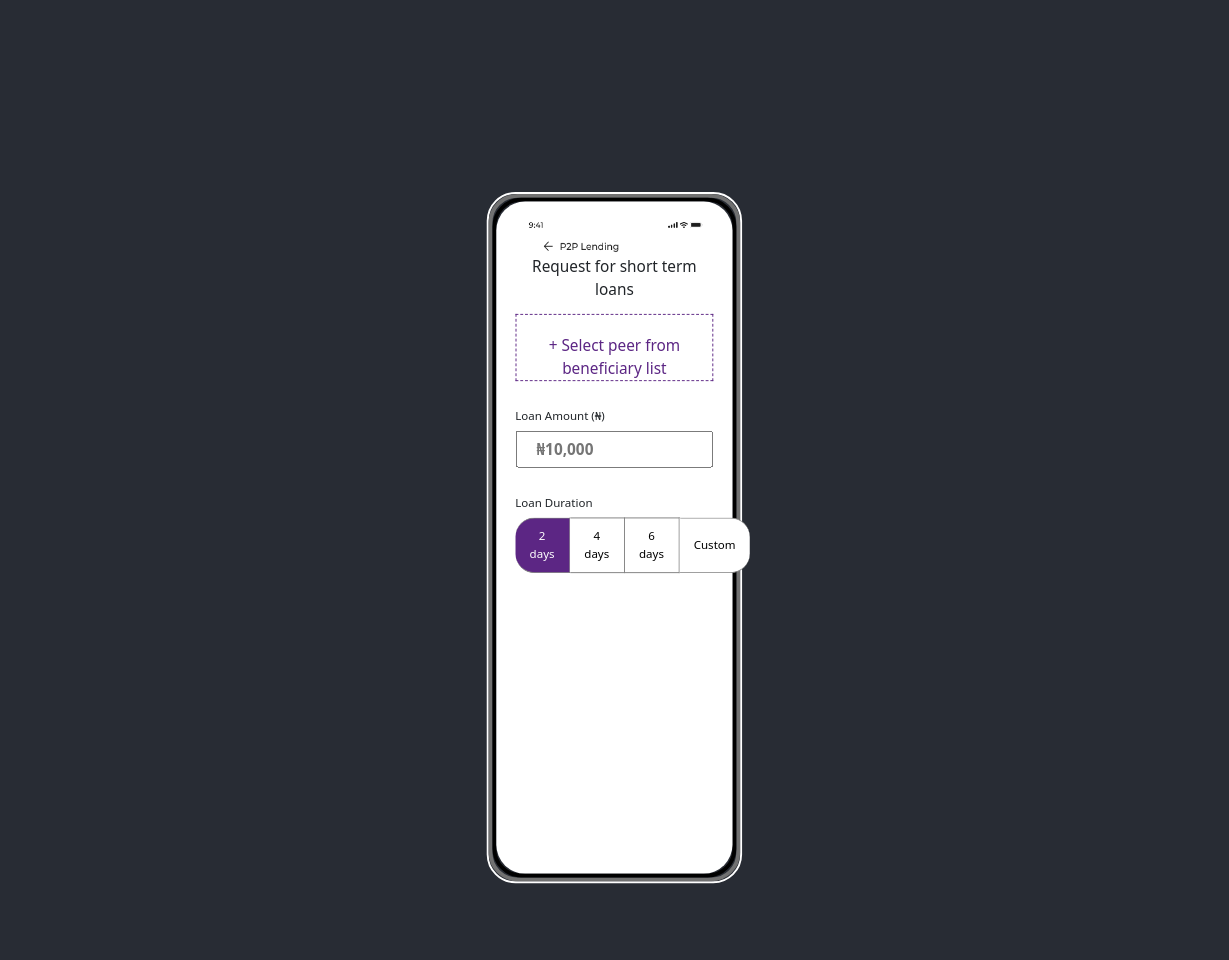
Repository: sarahnnanyelugo/fcmb-hackathon
Page: /loan-interface
The author's editor kept a copy of each file at every save. The page is drawn from the files as they stood at one save, then again after the next save.
The browser window is 1280 px wide. The pictures show the whole page, at 96% of full size.
The project was rebuilt for these pictures with package versions that can differ from the ones it lists, and the page was loaded fresh each time. Also part of the build but not shown: src/Pages/Home.js.

Above is the page before, as saved 2023-10-28 22:01:54.

After the next save:
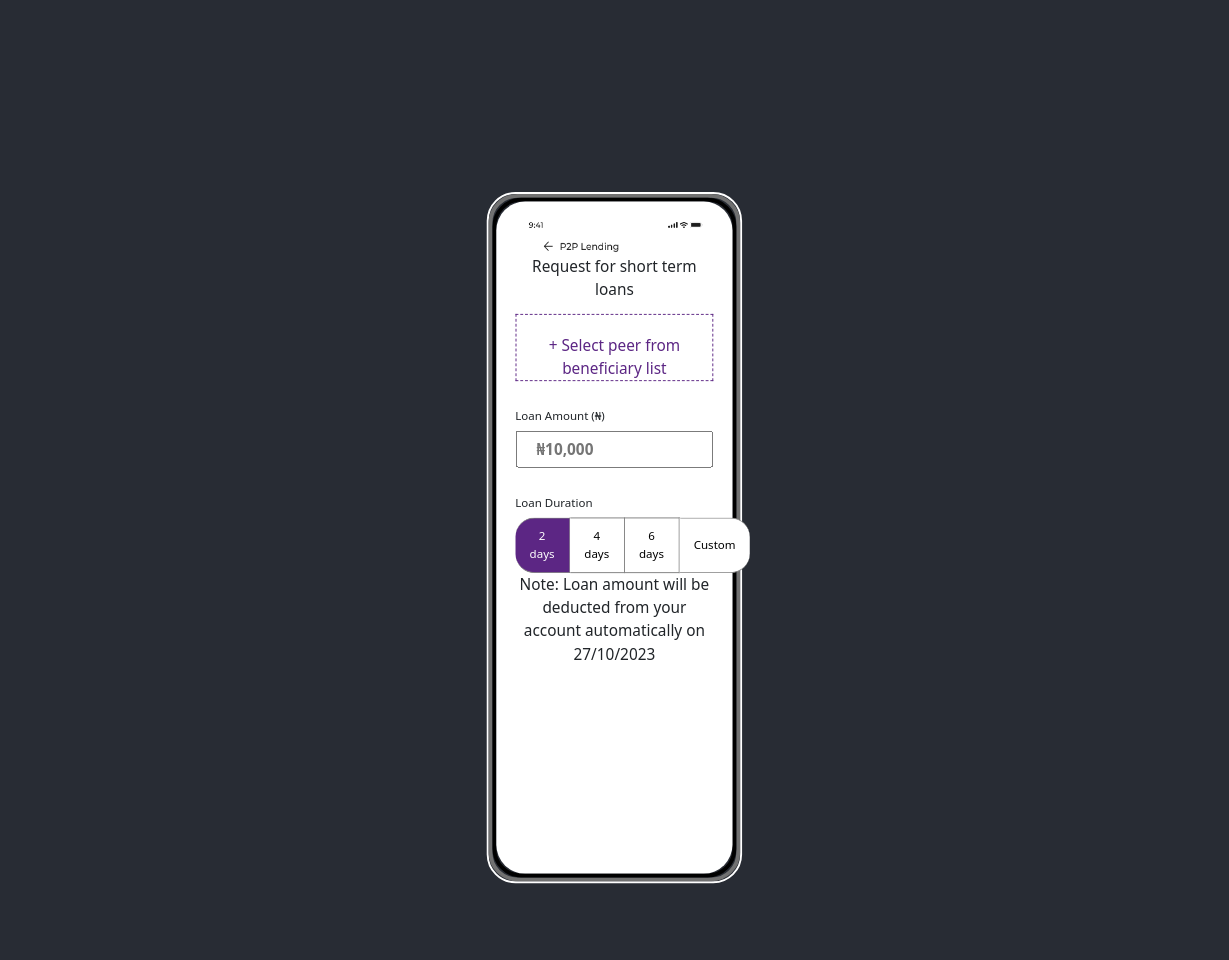
Saved 86 s later.
--- a/src/Pages/LoanInterface.js
+++ b/src/Pages/LoanInterface.js
@@ -84,6 +84,10 @@ function LoanInterface() {
                             Custom
                           </button>
                         </div>
+                        <p>
+                          Note: Loan amount will be deducted from your account
+                          automatically on 27/10/2023
+                        </p>
                       </div>
                     </div>
                   </div>
